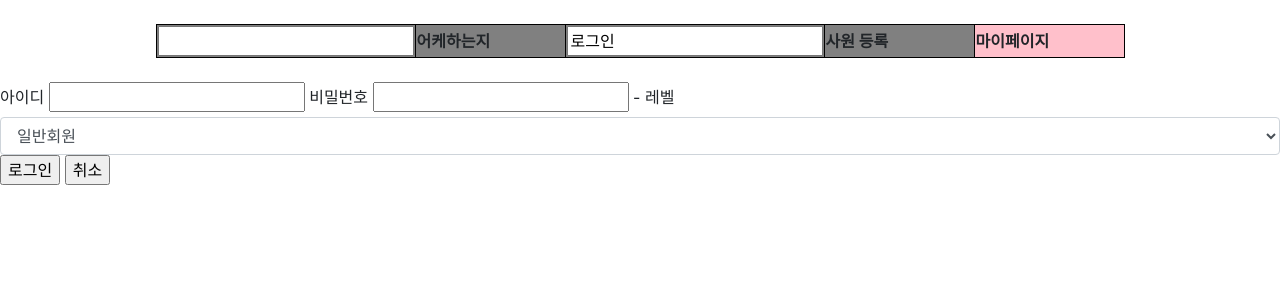
Repository: yjeongyjeong/jsp
Page: http://localhost/Practice_09/login.do
An editor plug-in stored every save of this project. The page is shown before and after the next save, followed by the edit.
The browser window is 1280 px wide. The pictures show the whole page.
The page is served by Tomcat 9. Other server files are loaded and not shown.

Above is the page before, as saved 2023-10-17 08:54:43.

### Practice_09/src/main/webapp/member/login.jsp
<%@ page language="java" contentType="text/html; charset=UTF-8"
	pageEncoding="UTF-8"%>
<!DOCTYPE html>
<html>
<head>
<meta charset="UTF-8">
<link rel="stylesheet"
	href="https://cdn.jsdelivr.net/npm/bootstrap@4.6.2/dist/css/bootstrap.min.css">
<script
	src="https://cdn.jsdelivr.net/npm/jquery@3.6.4/dist/jquery.slim.min.js"></script>
<script
	src="https://cdn.jsdelivr.net/npm/popper.js@1.16.1/dist/umd/popper.min.js"></script>
<script
	src="https://cdn.jsdelivr.net/npm/bootstrap@4.6.2/dist/js/bootstrap.bundle.min.js"></script>

<title>Insert title here</title>
</head>
<body>
<%@ include file="loginHeader.jsp"%>
<!--
th : header in a table
tr : row in a table
td : cell in a table
 -->
	<form action="login.do" method="post">


			<label for="id">아이디</label>
			<input type="text" name="id" id="id">
			<label for="pwd">비밀번호</label>
			<input type="password" name="pwd" id="pwd">
- 			<label for="lev">레벨</label>
      		<select class="form-control" id="lev" name="lev">
        	<option value="0">일반회원</option>
	        <option value="1">관리자</option>
    		</select>

 			<input type="submit" value="로그인">
			<input type="reset" value="취소">

	</form>
</body>
</html>

### Practice_09/src/main/webapp/member/loginHeader.jsp
<%@ page language="java" contentType="text/html; charset=UTF-8"
    pageEncoding="UTF-8"%>
<style>
table, th, td {
  border: 1px solid black;
}
th{ /* 사이즈 어케주냐... */
width: 150px;
}
table {
    margin-left:auto;
    margin-right:auto;
}
</style>
<br>
<table>
  <colgroup>
    <col span="4" style="background-color:gray">
    <col style="background-color:pink">
  </colgroup>
  <tr>
  	<th>
  	<input>
  	</th>
   	<th>어케하는지</th>
    <th>
		<input value="로그인" >
	</th>
    <th>사원 등록</th>
    <th>마이페이지</th>
 </table>
<br>

### Practice_09/src/main/java/com/magic/Controller/LoginServlet.java
package com.magic.Controller;

import java.io.IOException;
import java.sql.Connection;

import javax.naming.Context;
import javax.naming.InitialContext;
import javax.servlet.RequestDispatcher;
import javax.servlet.ServletException;
import javax.servlet.annotation.WebServlet;
import javax.servlet.http.HttpServlet;
import javax.servlet.http.HttpServletRequest;
import javax.servlet.http.HttpServletResponse;
import javax.servlet.http.HttpSession;
import javax.sql.DataSource;

import com.magic.dao.EmployeesDAO.EmployeesDAO;
import com.magic.dto.EmployeesVO.EmployeesVO;


@WebServlet("/login.do")
public class LoginServlet extends HttpServlet {
	private static final long serialVersionUID = 1L;
	protected void doGet(HttpServletRequest request, HttpServletResponse response) throws ServletException, IOException {
		RequestDispatcher dis = request.getRequestDispatcher("member/login.jsp");
		dis.forward(request, response);
	}


	protected void doPost(HttpServletRequest request, HttpServletResponse response) throws ServletException, IOException {
		request.setCharacterEncoding("utf-8");
		String id = request.getParameter("id");
		String pwd = request.getParameter("pwd");
		String lev = request.getParameter("lev");
		String url = "member/login.jsp";

		EmployeesDAO mDao = EmployeesDAO.getInstance();
		/* 로그인 시 result 값에 따라 회원 구별
		 * 1 = 로그인 성공
		 * 0 = 암호 틀림
		 * -1 아이디 없음!!*/
		int result = mDao.userCheck(id, pwd);
		if( result == 1 ) {
			EmployeesVO vo = mDao.getEmployees(id); //getEmployees도 vo로 회원정보를 가져옴
			//로그인이 되는 회원이니까 브라우저가 꺼질 때까지 세션을 가져와서 유지되도록 함
			HttpSession session = request.getSession();
			session.setAttribute("loginUser", vo); //vo라는 애한테 loginUser라는 이름을 붙여서 세션에 저장!-> attribute는 세션에 저장이 가능하고 parameter는 request에만 저장이 가능함
			request.setAttribute("message", "이 메세지는 언제 출력이 될까요? 필요가 있는 메세지일까요?");
			url = "member/main.jsp";
		} else if ( result == 0 ) { //아이디가 DB에 있지만 pwd가 다를 떄
			request.setAttribute("message", "비밀번호가 일치하지 않습니다.");
		} else if( result == -1 ) { //아이디가 존재하지 않을 때
			request.setAttribute("message", "아이디가 존재하지 않습니다.");
		}

		RequestDispatcher dis = request.getRequestDispatcher(url);
		dis.forward(request, response);


	}
}

After the next save:
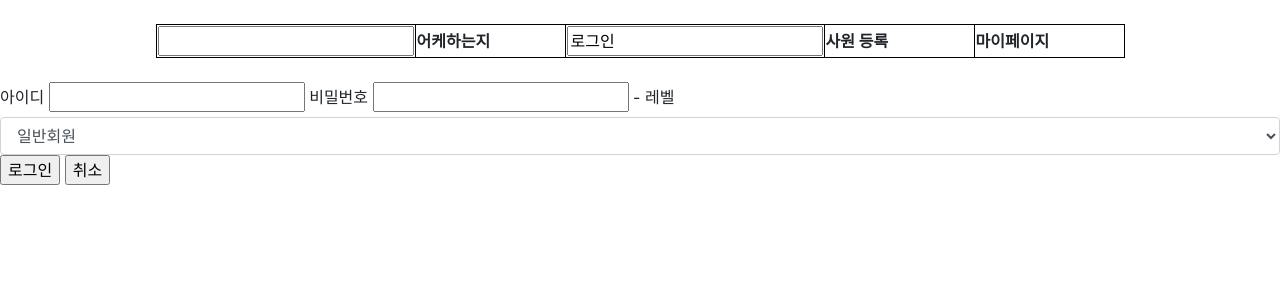
Saved 16 s later.
--- a/Practice_09/src/main/webapp/member/loginHeader.jsp
+++ b/Practice_09/src/main/webapp/member/loginHeader.jsp
@@ -14,10 +14,6 @@ table {
 </style>
 <br>
 <table>
-  <colgroup>
-    <col span="4" style="background-color:gray">
-    <col style="background-color:pink">
-  </colgroup>
   <tr>
   	<th>
   	<input>
